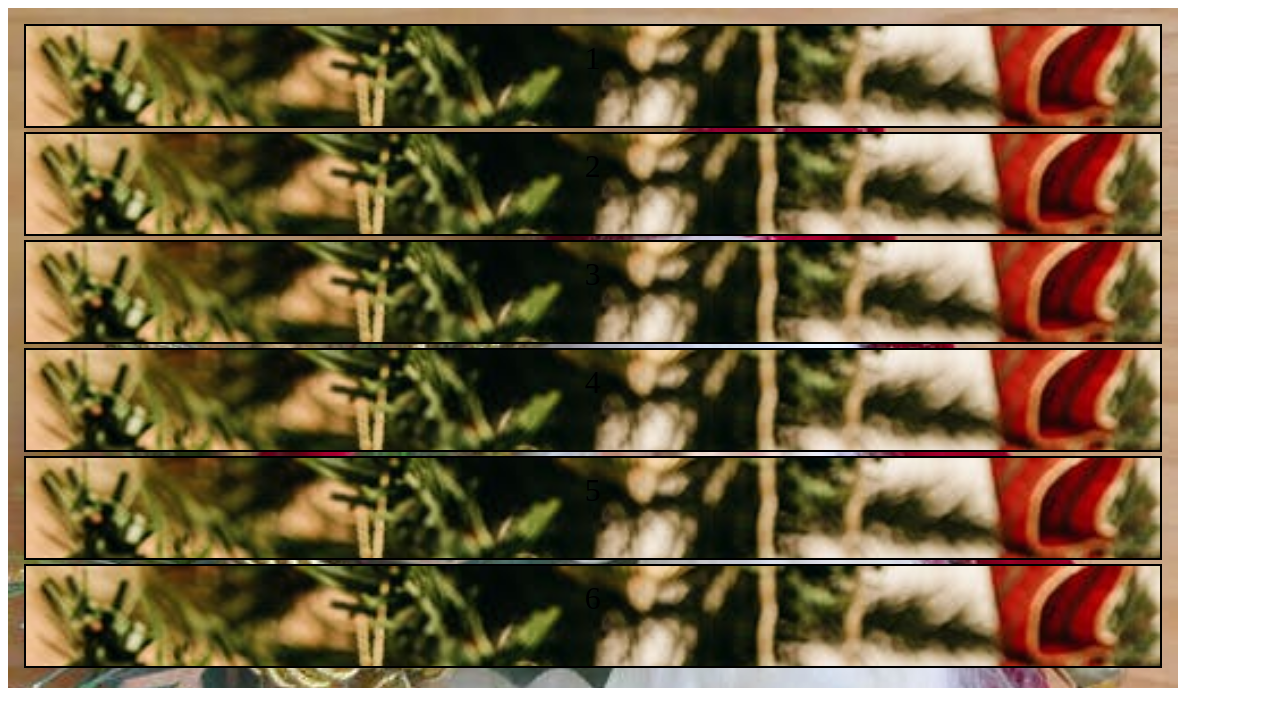
Repository: hindrik40/julprogram-js
Page: advent.html
An editor plug-in stored every save of this project. The page is shown before and after the next save, followed by the edit.
The browser window is 1280 px wide. The pictures show the whole page.

Above is the page before, as saved 2021-12-14 10:13:45.

### advent.html
<!DOCTYPE html>
<html lang="en">
<head>
    <meta charset="UTF-8">
    <meta http-equiv="X-UA-Compatible" content="IE=edge">
    <meta name="viewport" content="width=device-width, initial-scale=1.0">
    <link rel="stylesheet" href="advent.css">
    <title>julkalender drag and drop</title>
</head>
<body>
    <main id="adventCalender">


    </main>
    <script src="advent.js"></script>
</body>
</html>

### advent.css
main#adventCalender{
    width: 90%;
    height: 90vh;
    background-image: url(images/jul6.jpeg);
    background-size: cover;
    display: grid;
    grid-template-columns: repeat (6,1fr);
    column-gap: 1rem;
    padding:1rem;
}
main div{
   min-width: 50px;
   min-height: 100px;
   height: 4rem;
    border:solid 2px black;
    background-color: rgba(255,0,0,0.8);
    font-size:2rem;
    text-align: center;
    vertical-align: middle;
    line-height: 4rem;
    cursor: pointer;
    background-image: url(images/jul5.jpeg);
    background-size: 100%;


}

### advent.js
//!variabler luckor
//!DOM element
const adventCalender = document.getElementById("adventCalender");
//!variabler for the days in a array luckor med bilder
let doors = ["jul1.jpeg", "jul2.jpeg", "jul3.jpeg", "jul4.jpeg", "jul5.jpeg", "jul6.jpeg"];
//!variabler for the days in a array luckor med bilder
//!Itererar igenom arrayen och skapa en räknare
let counter = 1;
doors.forEach((door) => {
    console.log(counter, door);
    //!skapa en div för varje bild
    let div = document.createElement("div");
    //!lägg till en siffra i elementet
    div.textContent = counter;
    //!Lägg till kalendern
    adventCalender.appendChild(div);

    counter++;

})

After the next save:
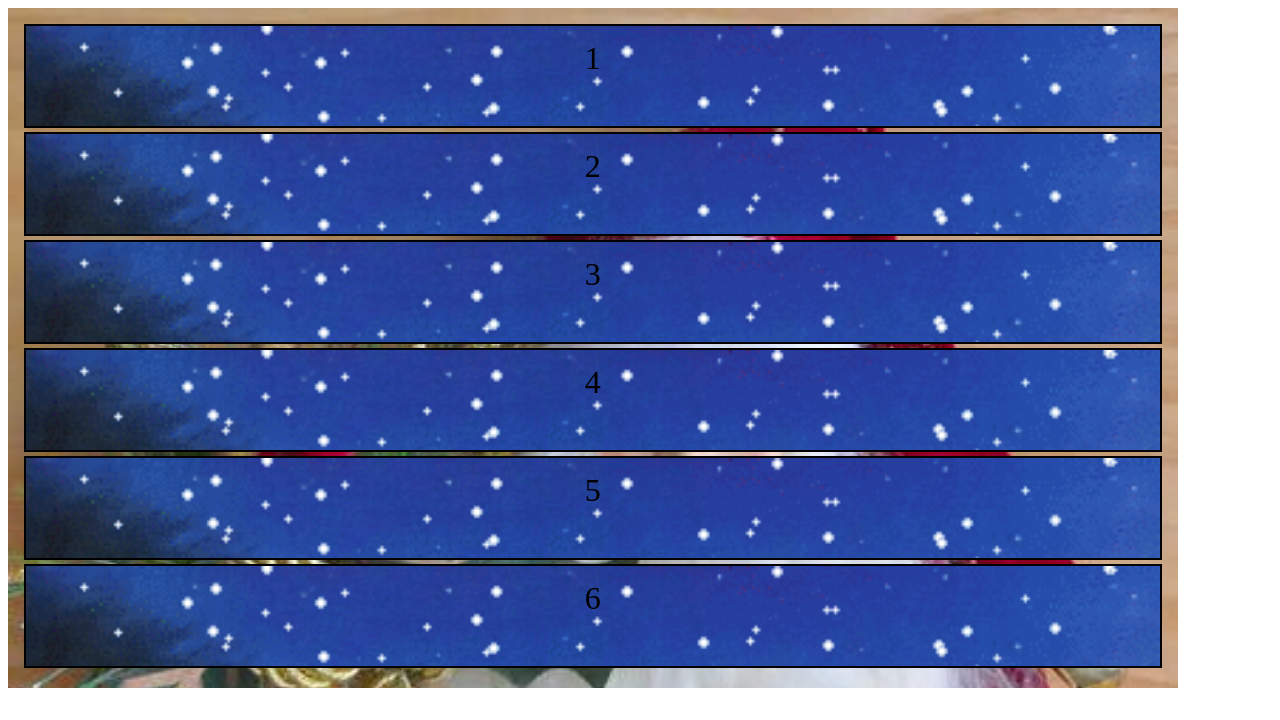
Saved 44 s later.
--- a/advent.css
+++ b/advent.css
@@ -19,7 +19,7 @@ main div{
     vertical-align: middle;
     line-height: 4rem;
     cursor: pointer;
-    background-image: url(images/jul5.jpeg);
+    background-image: url(images/jul.gif);
     background-size: 100%;
 
 
